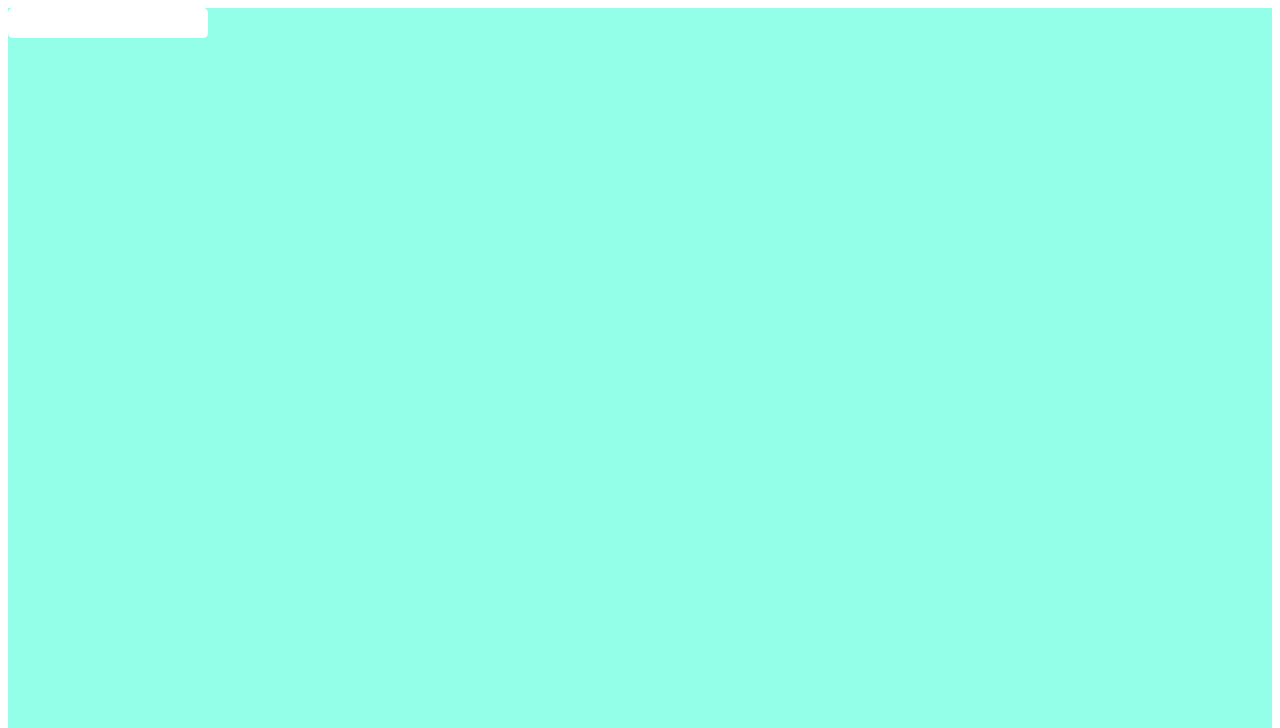
Repository: lxl0302/ClassBegin_-sound_code
Page: /
An editor plug-in stored every save of this project. The page is shown before and after the next save, followed by the edit.
The browser window is 1280 px wide. The pictures show the whole page.
The project was rebuilt for these pictures with package versions that can differ from the ones it lists, and the page was loaded fresh each time.

Above is the page before, as saved 2020-07-08 16:24:56.

### src/main.js
import Vue from 'vue'
import App from './App.vue'
import create from './utils/create'
import router from './router/index'

Vue.config.productionTip = false

Vue.prototype.$create =create

new Vue({
  router,
  render: h => h(App),
}).$mount('#app')

### src/App.vue
<template>
  <div id="app">
    <HelloWorld />
  </div>
</template>

<script>
import HelloWorld from './views/index'

export default {
  name: 'App',
  components: {
    HelloWorld
  }
}
</script>

<style>
  html,body{
    height: 100%;
  }
  #app {
    height: 100%;
  }
</style>

### src/utils/create.js
import Vue from 'vue';

export default function create(Component, props) {
  // 先创建实例
  const vm = new Vue({
    render(h) {
      // h就是createElement, 它返回VNode
      return h(Component, {props})
    }
  }).$mount();
  // 手动挂在dom 创建实例后 会有与实例对应的实体dom
  document.body.appendChild(vm.$el)
  // 销毁方法
  const comp = vm.$children[0];
  comp.remove = function() {
    document.body.removeChild(vm.$el); // 移除实体dom
    vm.$destroy() // 销毁实例
  }
  return comp
}

### src/router/index.js
import Vue from 'vue'
import VueRouter from 'vue-router'

// 1.安装插件
Vue.use(VueRouter)

// 2.创建vue-router实例
const router = new VueRouter({
  // 配置映射
  routes: []
})

// 3.导出
export default router

### src/views/index.vue
<template>
  <div class="zong">
    <div class="toolbar"></div>
  </div>
</template>

<script>
export default {
  name: '',
  components: {},
  data() {
    return {}
  },
  computed: {},
  mounted() {},
  methods: {}
}
</script>
<style scoped>
.zong {
  width: 100%;
  height: 100%;
  background-color: rgba(0, 255, 200, 0.418);
}
.toolbar{
  position: absolute;
  width: 200px;
  height: 30px;
  border-radius: 5px;
  background-color: white;
}
</style>

Loaded but not shown: public/index.html (common file)

After the next save:
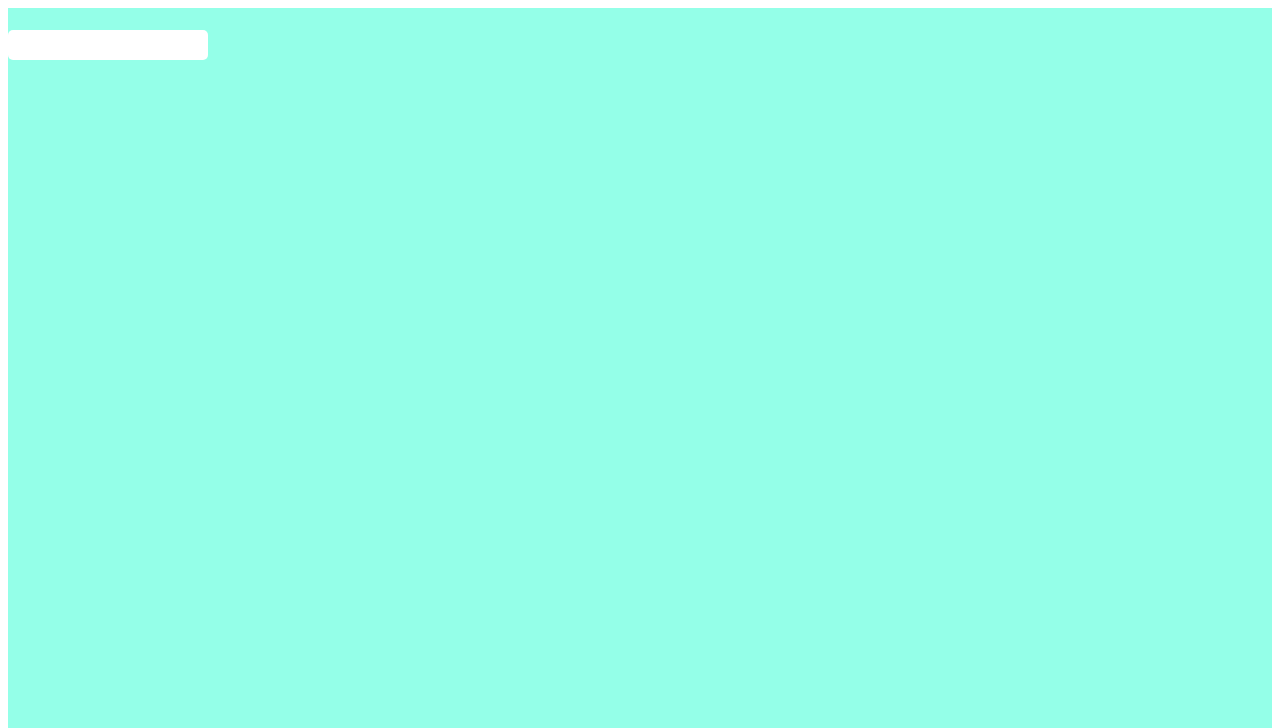
Saved 9 s later.
--- a/src/views/index.vue
+++ b/src/views/index.vue
@@ -21,9 +21,11 @@ export default {
   width: 100%;
   height: 100%;
   background-color: rgba(0, 255, 200, 0.418);
+  text-align: center;
 }
 .toolbar{
   position: absolute;
+  top: 30px;
   width: 200px;
   height: 30px;
   border-radius: 5px;
